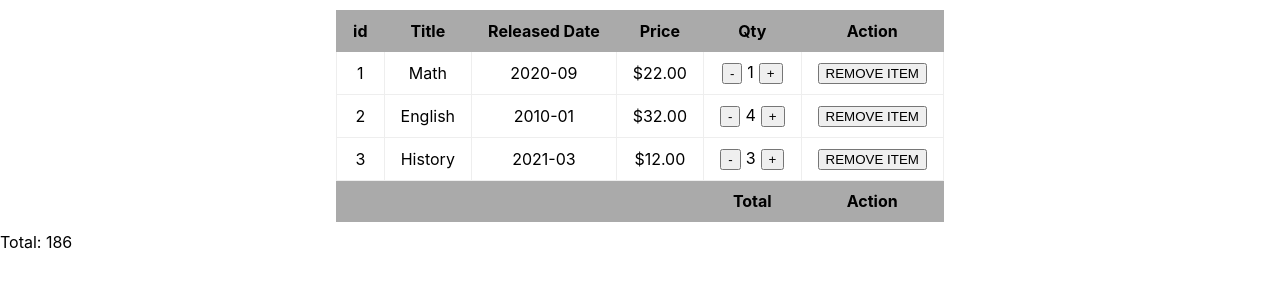
Repository: vgg1kkh/myBookStoreBasket
Page: /
An editor plug-in stored every save of this project. The page is shown before and after a run of saves, followed by the edit.
The browser window is 1280 px wide. The pictures show the whole page.
The project was rebuilt for these pictures with package versions that can differ from the ones it lists, and the page was loaded fresh each time.

Above is the page before, as saved 2021-10-07 16:40:01.

After the next 3 saves:
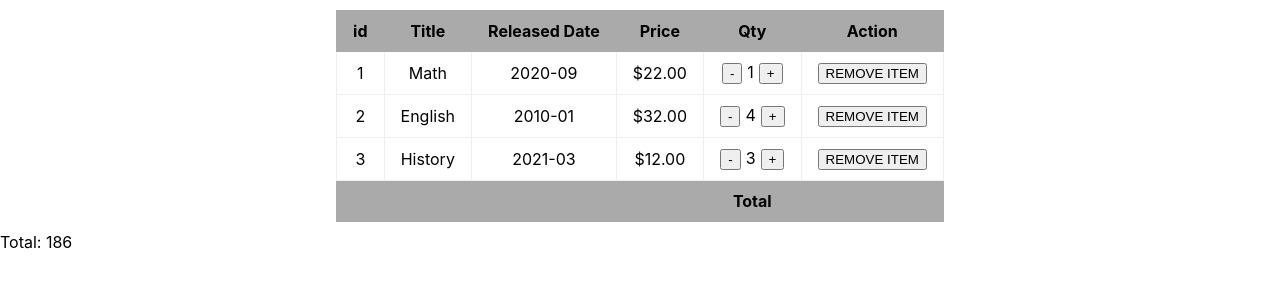
The 3 saves are shown as one change because they came seconds apart.
The last was saved 9 s later.
--- a/src/App.js
+++ b/src/App.js
@@ -66,7 +66,7 @@ export default class App extends Component {
                 <th></th>
                 <th></th>
                 <th>Total</th>
-                <th>Action</th>
+                <th>{}</th>
               </tr>
             </tbody>
           </table>
